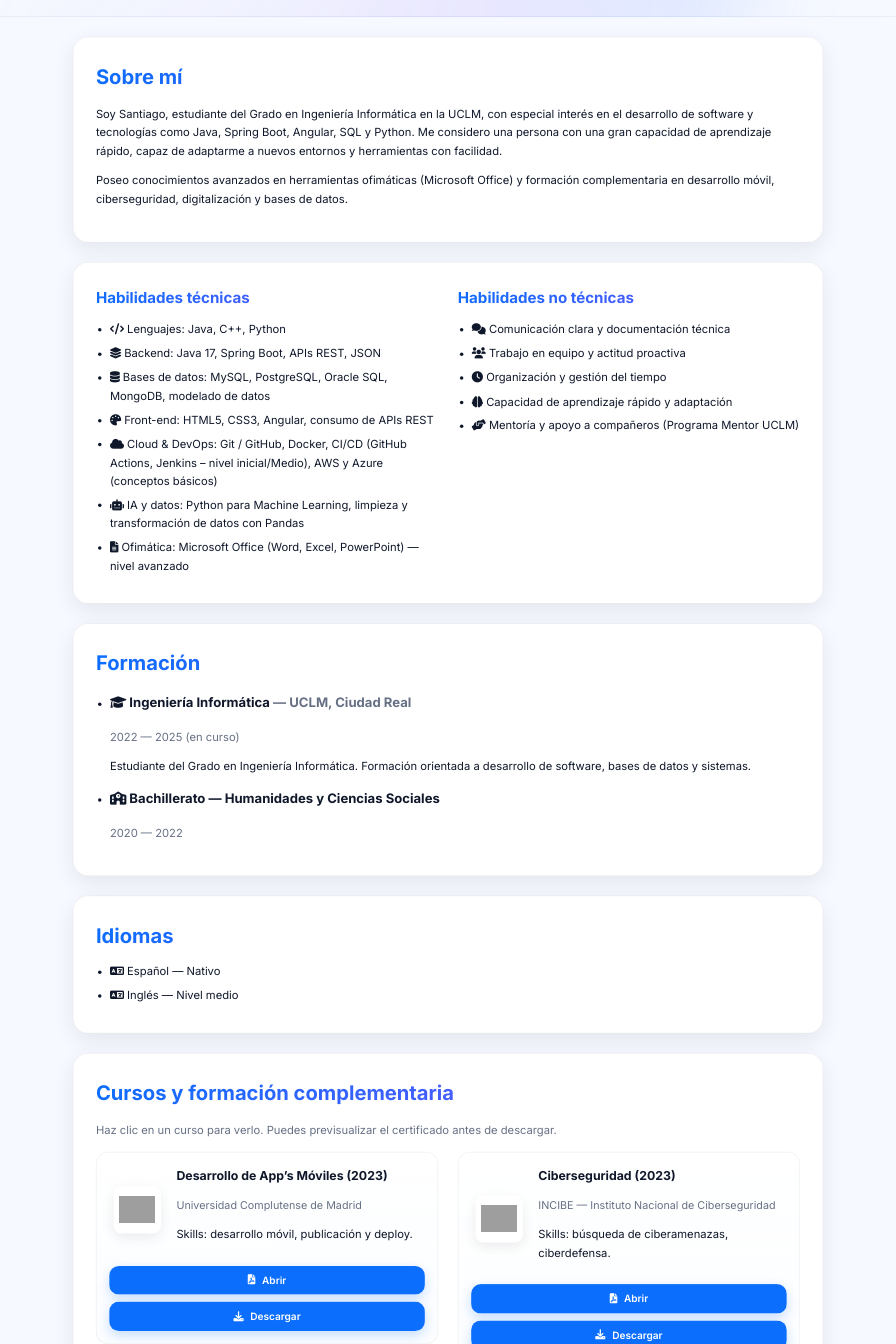
Repository: SantiagoSanchez-CeleminArevalo/Portfolio_SantiagoSanchez-CeleminArevalo
Page: docs/index.html
An editor plug-in stored every save of this project. The page is shown before and after the next save, followed by the edit.
The browser window is 1280 px wide. The pictures show the part of the page from y = 708 to 2628 px (the page is 4677 px tall before and 4704 px after), at 70% of full size.
Pictures or frames that could not be fetched are drawn as grey boxes.

Above is the page before, as saved 2025-12-05 13:29:54.
Console error: TypeError: Cannot read properties of null (reading 'classList')

After the next save:
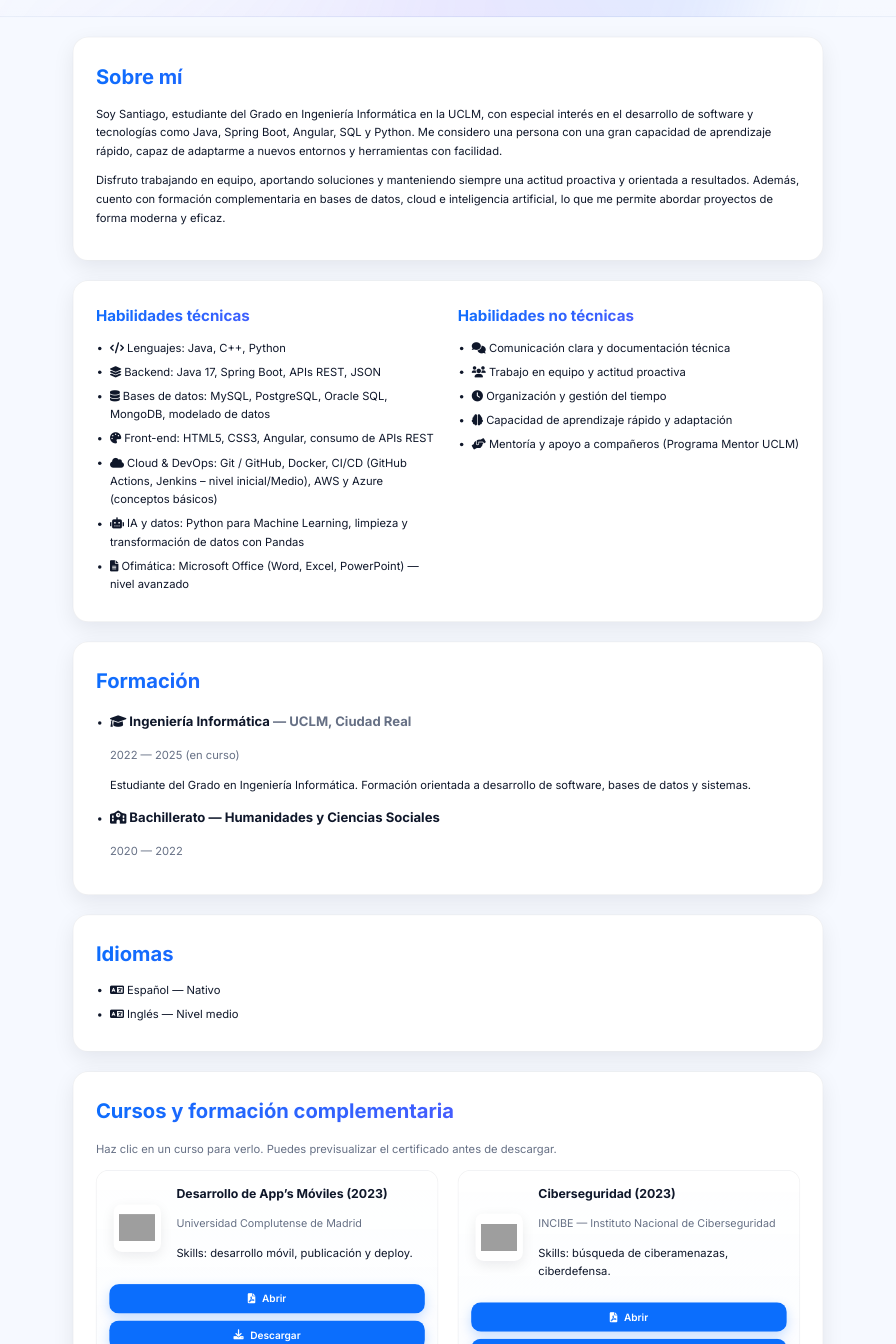
Saved 11 s later.
--- a/docs/index.html
+++ b/docs/index.html
@@ -83,7 +83,7 @@
     <section id="sobre-mi" class="card">
       <h2>Sobre mí</h2>
       <p>Soy Santiago, estudiante del Grado en Ingeniería Informática en la UCLM, con especial interés en el desarrollo de software y tecnologías como Java, Spring Boot, Angular, SQL y Python. Me considero una persona con una gran capacidad de aprendizaje rápido, capaz de adaptarme a nuevos entornos y herramientas con facilidad.</p>
-      <p>Poseo conocimientos avanzados en herramientas ofimáticas (Microsoft Office) y formación complementaria en desarrollo móvil, ciberseguridad, digitalización y bases de datos.</p>
+      <p> Disfruto trabajando en equipo, aportando soluciones y manteniendo siempre una actitud proactiva y orientada a resultados. Además, cuento con formación complementaria en bases de datos, cloud e inteligencia artificial, lo que me permite abordar proyectos de forma moderna y eficaz.</p>
     </section>
 
     <section id="habilidades" class="card two-column">
